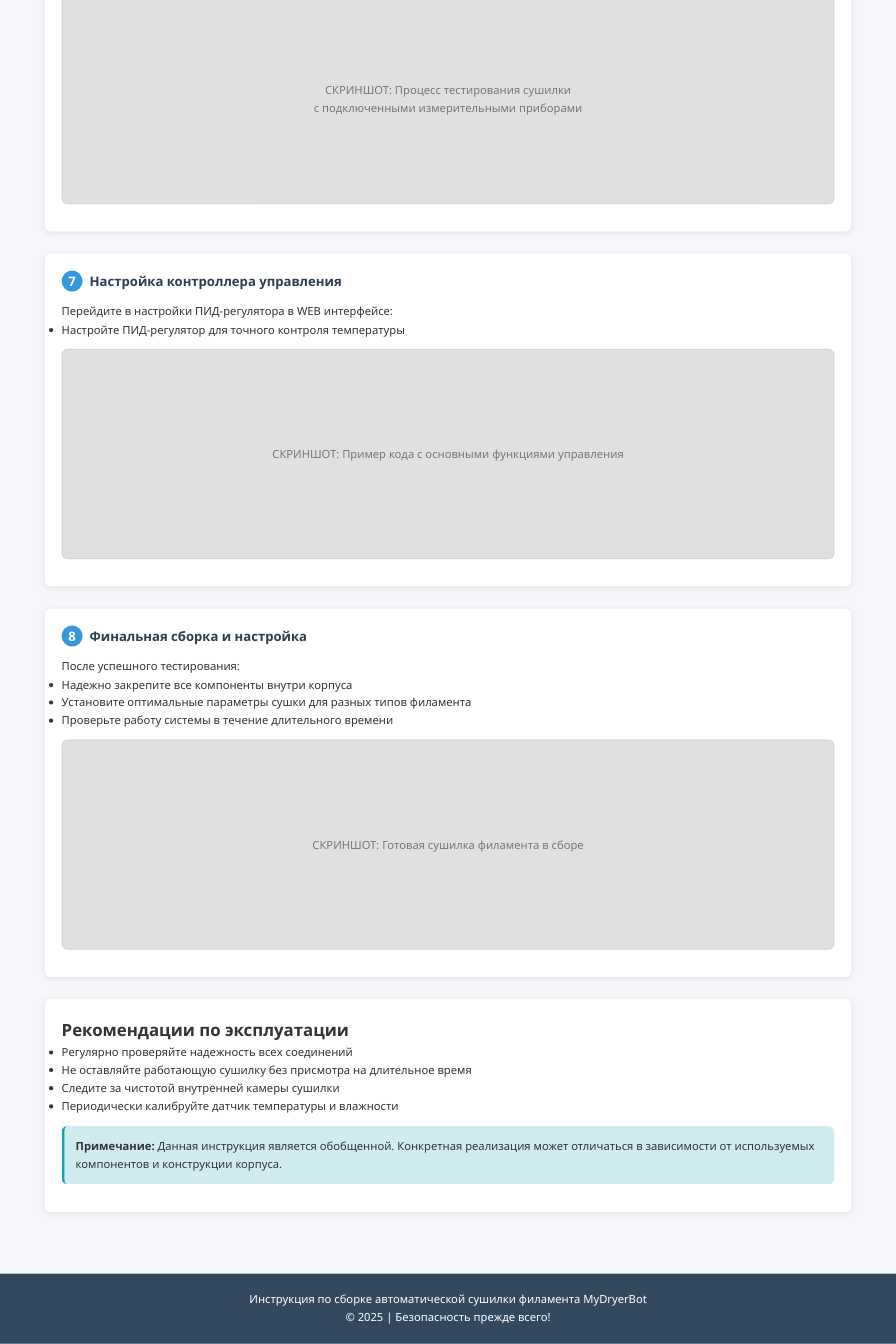
Repository: NikElectronics/MyDryerBot
Page: controller.html
An editor plug-in stored every save of this project. The page is shown before and after the next save, followed by the edit.
The browser window is 1280 px wide. The pictures show the part of the page from y = 4371 to 6291 px (the page is 6291 px tall), at 70% of full size.

Above is the page before, as saved 2025-11-24 06:32:09.

After the next save:
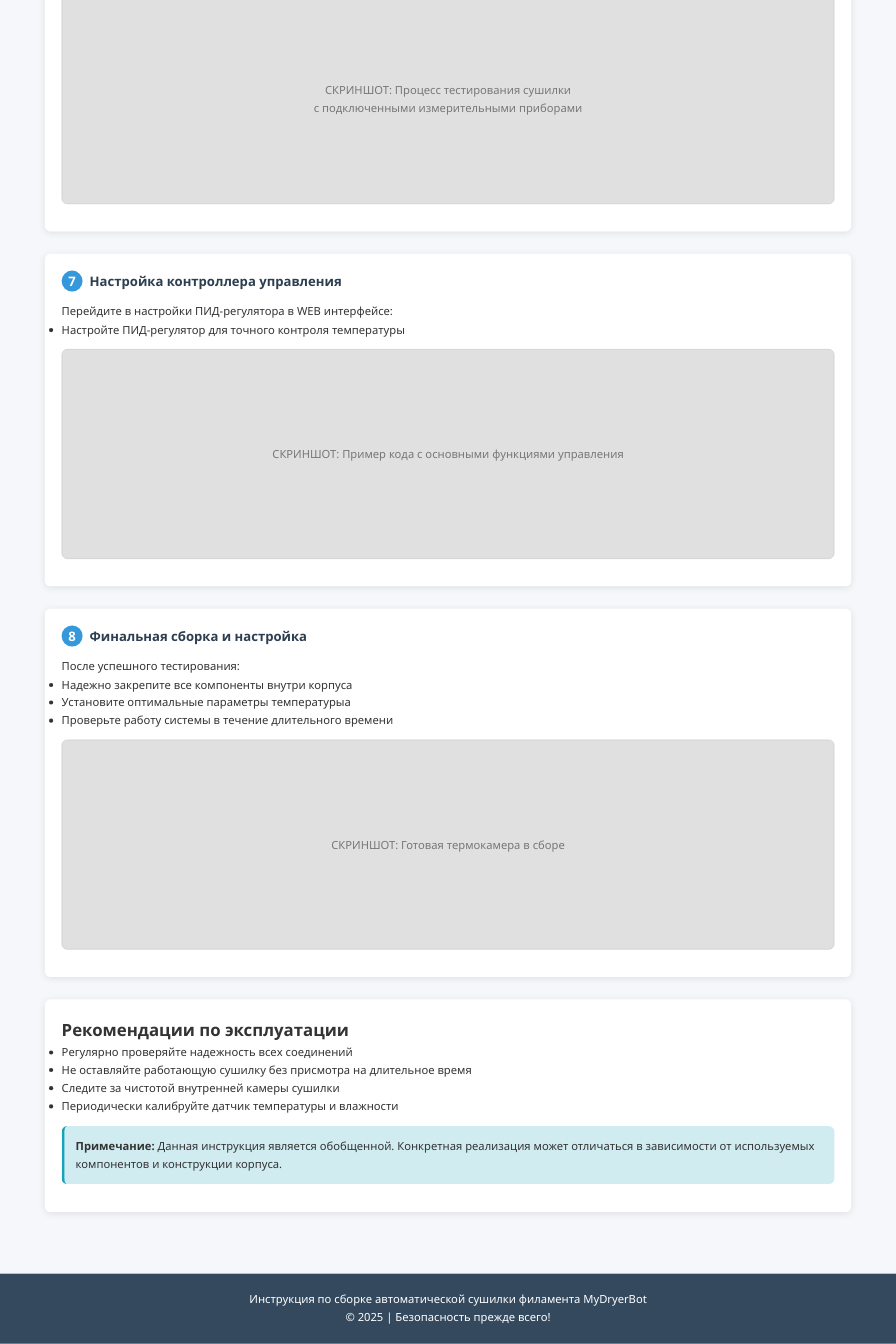
Saved 82 s later.
--- a/controller.html
+++ b/controller.html
@@ -471,12 +471,12 @@
             <p>После успешного тестирования:</p>
             <ul>
                 <li>Надежно закрепите все компоненты внутри корпуса</li>
-                <li>Установите оптимальные параметры сушки для разных типов филамента</li>
+                <li>Установите оптимальные параметры температурыа</li>
                 <li>Проверьте работу системы в течение длительного времени</li>
             </ul>
             <div class="screenshot">
                 <div class="screenshot-placeholder">
-                    <p>СКРИНШОТ: Готовая сушилка филамента в сборе</p>
+                    <p>СКРИНШОТ: Готовая термокамера в сборе</p>
                 </div>
             </div>
         </section>
